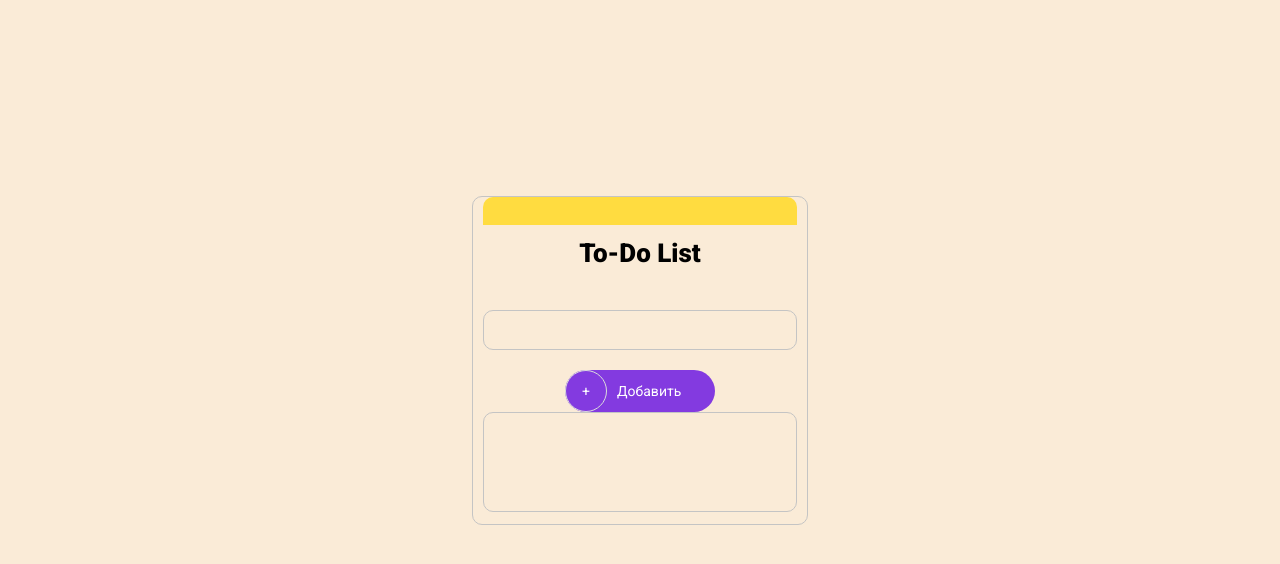
Repository: NatiqSamiyev/To-do-List-js
Page: insex.html
The author's editor kept a copy of each file at every save. The page is drawn from the files as they stood at one save, then again after the next save.
The browser window is 1280 px wide. The pictures show the whole page.
Some web fonts or font styles are not loaded; a fallback is used.

Above is the page before, as saved 2023-10-31 11:58:32.

### insex.html
<!DOCTYPE html>
<html lang="en">
  <head>
    <meta charset="UTF-8" />
    <meta name="viewport" content="width=device-width, initial-scale=1.0" />
    <title>Document</title>
    <link rel="stylesheet" href="index.css" />
  </head>
  <body>
    <div class="list-container">
      <div class="card">
        <div class="color">
          <div class="yellow-box"></div>
          <h1>To-do list</h1>
        </div>
        <form action="">
          <label for="">
            <input type="text" class="text-input" required />
          </label>
          <button>
            <div class="circle">+</div>
            <p>Добавить</p>
          </button>
        </form>
        <ul></ul>
      </div>
    </div>
  </body>
  <script src="./index.js"></script>
</html>

### index.css
@import url("https://fonts.googleapis.com/css2?family=Epilogue:wght@400;600;700;800&family=Inter:wght@400;500;600;700&family=Laila:wght@700&family=Open+Sans:wght@400;600;700;800&family=Roboto+Slab:wght@700&family=Roboto:wght@400;700;900&display=swap");

* {
  margin: 0;
  padding: 0;
  box-sizing: border-box;
}

.list-container {
  width: 100%;
  min-height: 100vh;
  display: flex;;
  justify-content: center;
  align-items: center;
  background-color: antiquewhite;
}

.card {
  width: 336px;
  /* height: 236px; */
  padding: 0 10px;
  border-radius: 10px;
  border: 1px solid #c4c4c4;
  background: rgba(196, 196, 196, 0);
}
.yellow-box{
  height: 28px;
width: 100%;
background-color: #FFDC40;
border-top-right-radius: 10px;
border-top-left-radius: 10px;
}
form .color img {
  width: 100%;
  height: 28px;
}

.color h1 {
  margin-top: 13px;
  color: #000;
  text-align: center;
  font-family: Roboto;
  font-size: 26px;
  font-style: normal;
  font-weight: 900;
  line-height: normal;
  text-transform: capitalize;
}

input {
  margin-top: 42px;
  padding: 10px 15px;
  width: 100%;
  height: 40px;
  border-radius: 10px;
  border: 1px solid #c4c4c4;
  background: rgba(196, 196, 196, 0);
  cursor: pointer;
}


ul {
  margin-bottom: 12px;
  padding: 12px 30px 12px 27px;
  width: 100%;
  height: 100px;
  border-radius: 10px;
border: 1px solid #C4C4C4;
background: rgba(196, 196, 196, 0.00);
}

ul li {
  margin-top: 24px;
  list-style-type: none;
  display: flex;
  justify-content: space-between;
}

ul li h3 {
  color: #000;
  font-family: Roboto;
  font-size: 14px;
  font-style: normal;
  font-weight: 400;
  line-height: normal;
}

ul li img {
  width: 20px;
  height: 20px;
}

button {
  width: 150px;
  height: 42px;
  margin: auto;
  margin-top: 20px;
  display: flex;
  align-items: center;
  background-color: #833ae0;
  border-radius: 25px;
  border: none;

  color: #fff;
  text-align: center;
  font-family: Roboto;
  font-size: 14px;
  font-style: normal;
  font-weight: 400;
  line-height: normal;
}
button .circle {
  margin-right: 10px;
  border-radius: 50%;
  width: 42px;
  height: 42px;
  border: 0.5px solid gainsboro;
  display: flex;
  justify-content: center;
  align-items: center;
}

### index.js
let form=document.querySelector('form')
let bntList=document.querySelector('.btn')
let ul=document.querySelector('ul')
let input=document.querySelector('.text-input')


form.addEventListener('sumbit', sumbitForm)
function sumbitForm(a) {
    a.preventDefault()
    ul.innerHTML +=`
    <li>
     <h3>Почистить зубы</h3>
     <img src="./image/Group 56.svg" alt="">
     <p>${textInput.value}</p>
    </li>

    <li>
     <h3>Купить зубную пасту</h3>
     <img src="./image/Group 56.svg" alt="">
    </li>

    <li>
     <h3>Умыться</h3>
     <img src="./image/Group 56.svg" alt="">
    </li>

    <li>
     <h3>Выпить кофе</h3>
     <img src="./image/Group 56.svg" alt="">
    </li>

    <li>
     <h3>Принять душ</h3>
     <img src="./image/Group 56.svg" alt="">
    </li>
`;
form.reset();

}

After the next save:
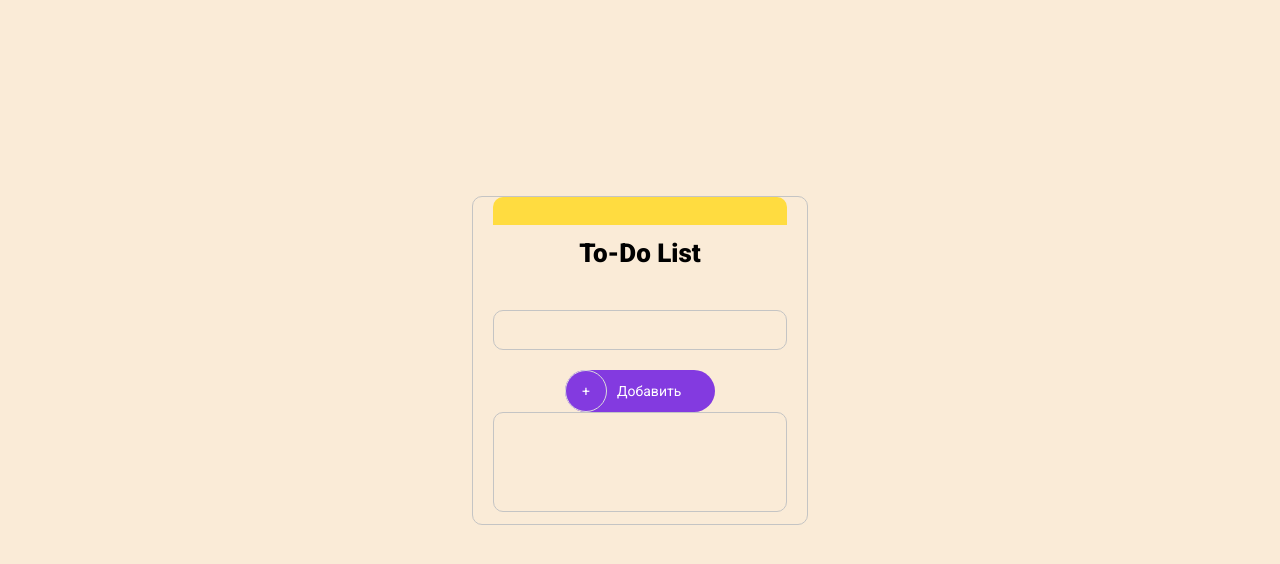
Saved 4 s later.
--- a/index.css
+++ b/index.css
@@ -18,7 +18,7 @@
 .card {
   width: 336px;
   /* height: 236px; */
-  padding: 0 10px;
+  padding: 0 20px;
   border-radius: 10px;
   border: 1px solid #c4c4c4;
   background: rgba(196, 196, 196, 0);
